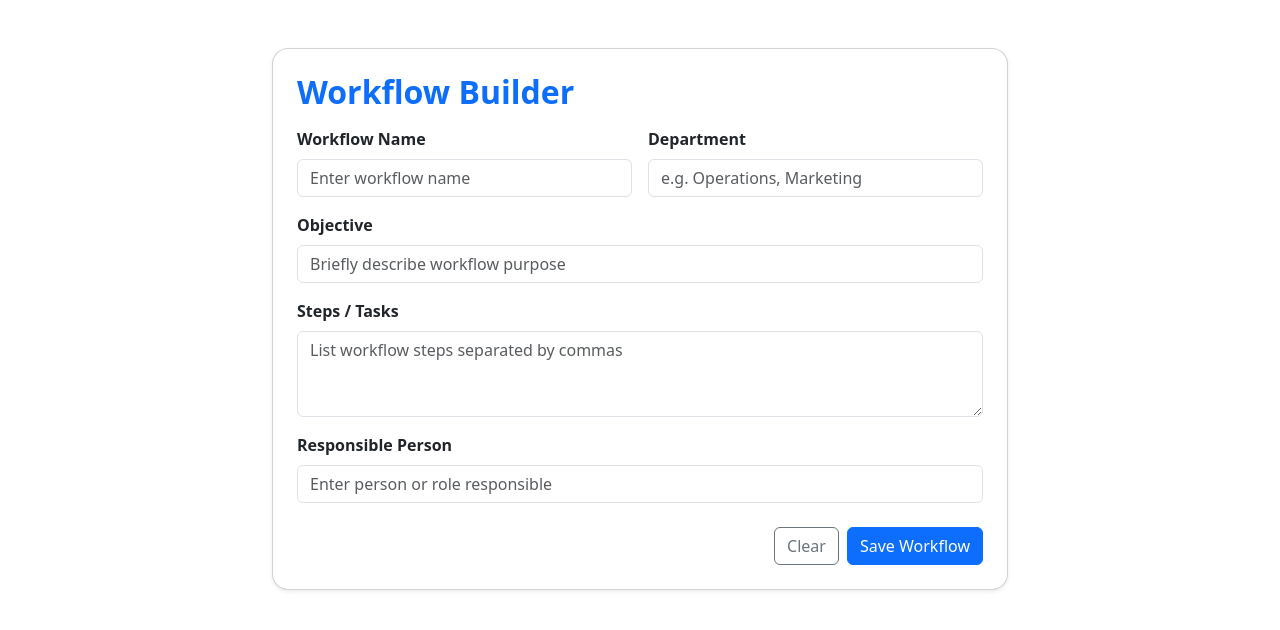
Repository: tonym642/bizcore360-wp
Page: pages/workflow-builder.html
The author's editor kept a copy of each file at every save. The page is drawn from the files as they stood at one save, then again after the next save.
The browser window is 1280 px wide. The pictures show the whole page.

Above is the page before, as saved 2025-10-22 14:59:05.

After the next save:
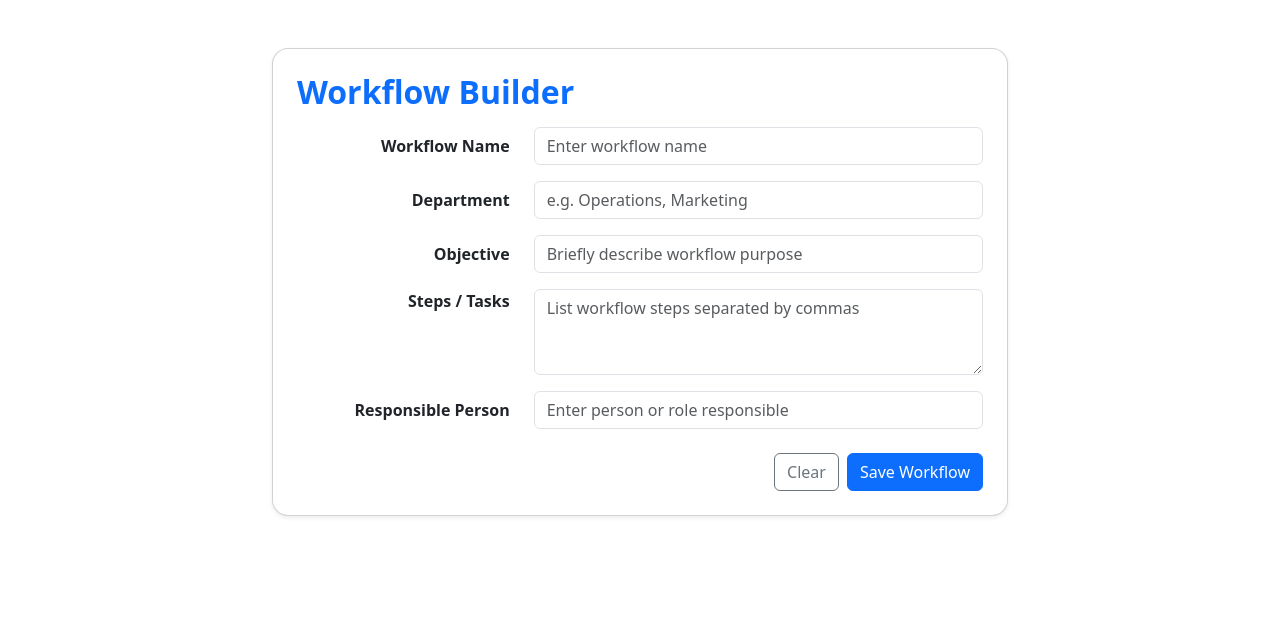
Saved 66 s later.
--- a/pages/workflow-builder.html
+++ b/pages/workflow-builder.html
@@ -15,26 +15,44 @@
         <div class="card shadow-sm p-4 rounded-4" id="workflowBuilderCard">
           <h2 class="mb-3 fw-bold text-primary">Workflow Builder</h2>
           <form id="workflowBuilderForm" class="needs-validation" novalidate>
-            <div class="row g-3">
-              <div class="col-md-6">
-                <label class="form-label fw-semibold">Workflow Name</label>
-                <input type="text" class="form-control" id="workflowName" placeholder="Enter workflow name" required />
+            <div class="row mb-3 flex-row align-items-center">
+              <div class="col-5 col-md-4 d-flex align-items-center justify-content-md-end justify-content-start">
+                <label for="workflowName" class="form-label fw-semibold w-100 text-md-end text-start mb-0">Workflow Name</label>
               </div>
-              <div class="col-md-6">
-                <label class="form-label fw-semibold">Department</label>
-                <input type="text" class="form-control" id="workflowDepartment" placeholder="e.g. Operations, Marketing" />
+              <div class="col-7 col-md-8">
+                <input type="text" class="form-control text-start" id="workflowName" placeholder="Enter workflow name" required />
               </div>
-              <div class="col-md-12">
-                <label class="form-label fw-semibold">Objective</label>
-                <input type="text" class="form-control" id="workflowObjective" placeholder="Briefly describe workflow purpose" />
+            </div>
+            <div class="row mb-3 flex-row align-items-center">
+              <div class="col-5 col-md-4 d-flex align-items-center justify-content-md-end justify-content-start">
+                <label for="workflowDepartment" class="form-label fw-semibold w-100 text-md-end text-start mb-0">Department</label>
               </div>
-              <div class="col-md-12">
-                <label class="form-label fw-semibold">Steps / Tasks</label>
-                <textarea class="form-control" id="workflowSteps" rows="3" placeholder="List workflow steps separated by commas"></textarea>
+              <div class="col-7 col-md-8">
+                <input type="text" class="form-control text-start" id="workflowDepartment" placeholder="e.g. Operations, Marketing" />
               </div>
-              <div class="col-md-12">
-                <label class="form-label fw-semibold">Responsible Person</label>
-                <input type="text" class="form-control" id="workflowOwner" placeholder="Enter person or role responsible" />
+            </div>
+            <div class="row mb-3 flex-row align-items-center">
+              <div class="col-5 col-md-4 d-flex align-items-center justify-content-md-end justify-content-start">
+                <label for="workflowObjective" class="form-label fw-semibold w-100 text-md-end text-start mb-0">Objective</label>
+              </div>
+              <div class="col-7 col-md-8">
+                <input type="text" class="form-control text-start" id="workflowObjective" placeholder="Briefly describe workflow purpose" />
+              </div>
+            </div>
+            <div class="row mb-3 flex-row align-items-start">
+              <div class="col-5 col-md-4 d-flex align-self-start justify-content-md-end justify-content-start">
+                <label for="workflowSteps" class="form-label fw-semibold w-100 text-md-end text-start mb-0">Steps / Tasks</label>
+              </div>
+              <div class="col-7 col-md-8">
+                <textarea class="form-control text-start" id="workflowSteps" rows="3" placeholder="List workflow steps separated by commas"></textarea>
+              </div>
+            </div>
+            <div class="row mb-3 flex-row align-items-center">
+              <div class="col-5 col-md-4 d-flex align-items-center justify-content-md-end justify-content-start">
+                <label for="workflowOwner" class="form-label fw-semibold w-100 text-md-end text-start mb-0">Responsible Person</label>
+              </div>
+              <div class="col-7 col-md-8">
+                <input type="text" class="form-control text-start" id="workflowOwner" placeholder="Enter person or role responsible" />
               </div>
             </div>
             <div class="mt-4 d-flex justify-content-end">
